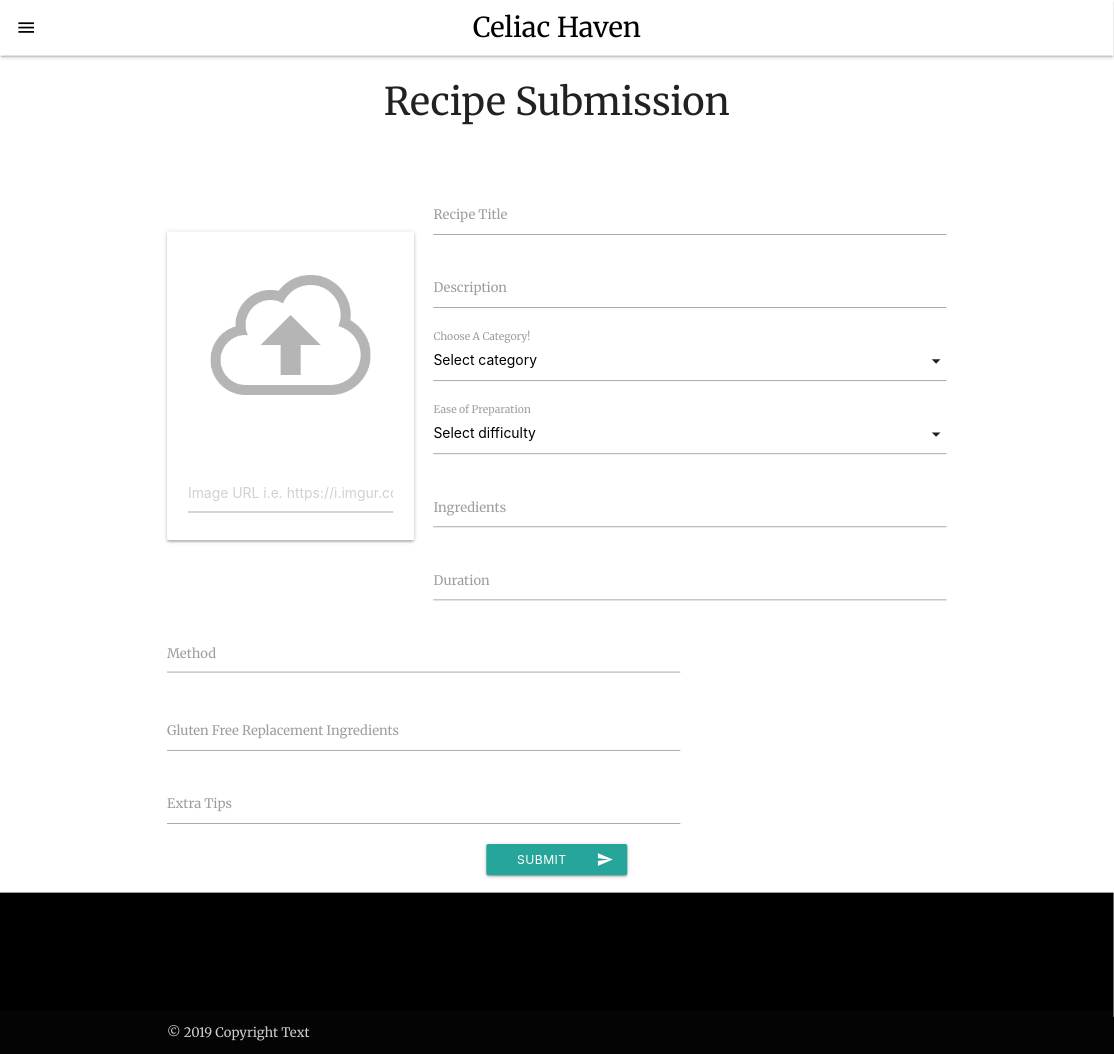
Repository: DanielJMaia/cookbook-project
Page: http://localhost/add_recipe
The author's editor kept a record of every edit. The page is drawn from the files as they stood at one moment, then again after the next edit.
The browser window is 1280 px wide. The pictures show the whole page, at 87% of full size.
Some web fonts or font styles are not loaded; a fallback is used. The page is served by the project's application, run on Flask 3 (app.py). Queries for data that is not in the repository find no rows.

Above is the page before.
Console error: TypeError: Cannot read properties of null (reading 'addEventListener')

After the next edit:
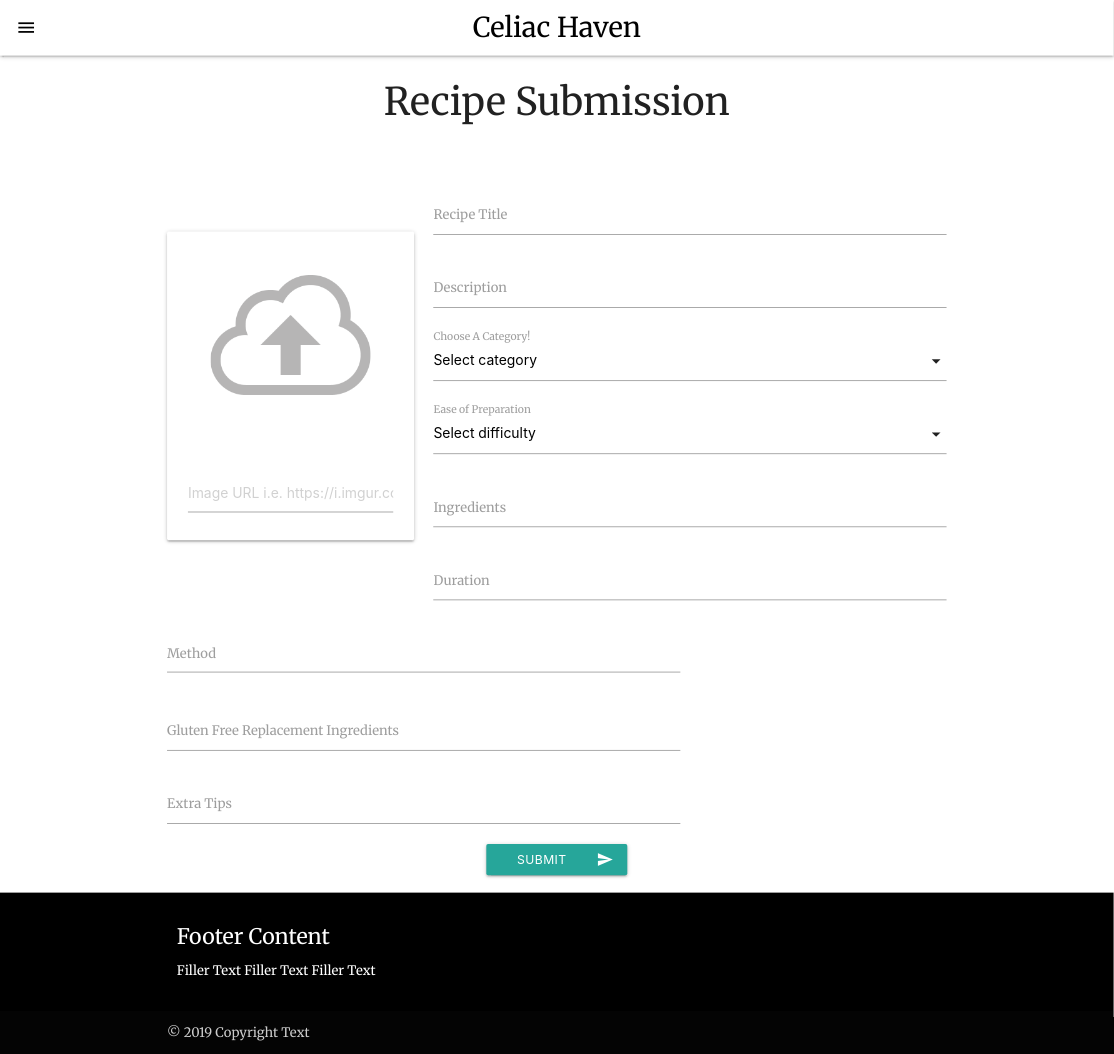
The edit:
--- a/templates/base.html
+++ b/templates/base.html
@@ -42,8 +42,8 @@
         <div class="container">
             <div class="row">
                 <div class="col l6 s12">
-                    <h5 class="black-text">Footer Content</h5>
-                    <p class="black-text text-lighten-4">Filler Text Filler Text Filler Text</p>
+                    <h5 class="white-text">Footer Content</h5>
+                    <p class="white-text text-lighten-4">Filler Text Filler Text Filler Text</p>
                 </div>
                 <div class="col l4 offset-l2 s12">
                     <h5 class="black-text">Links</h5>
